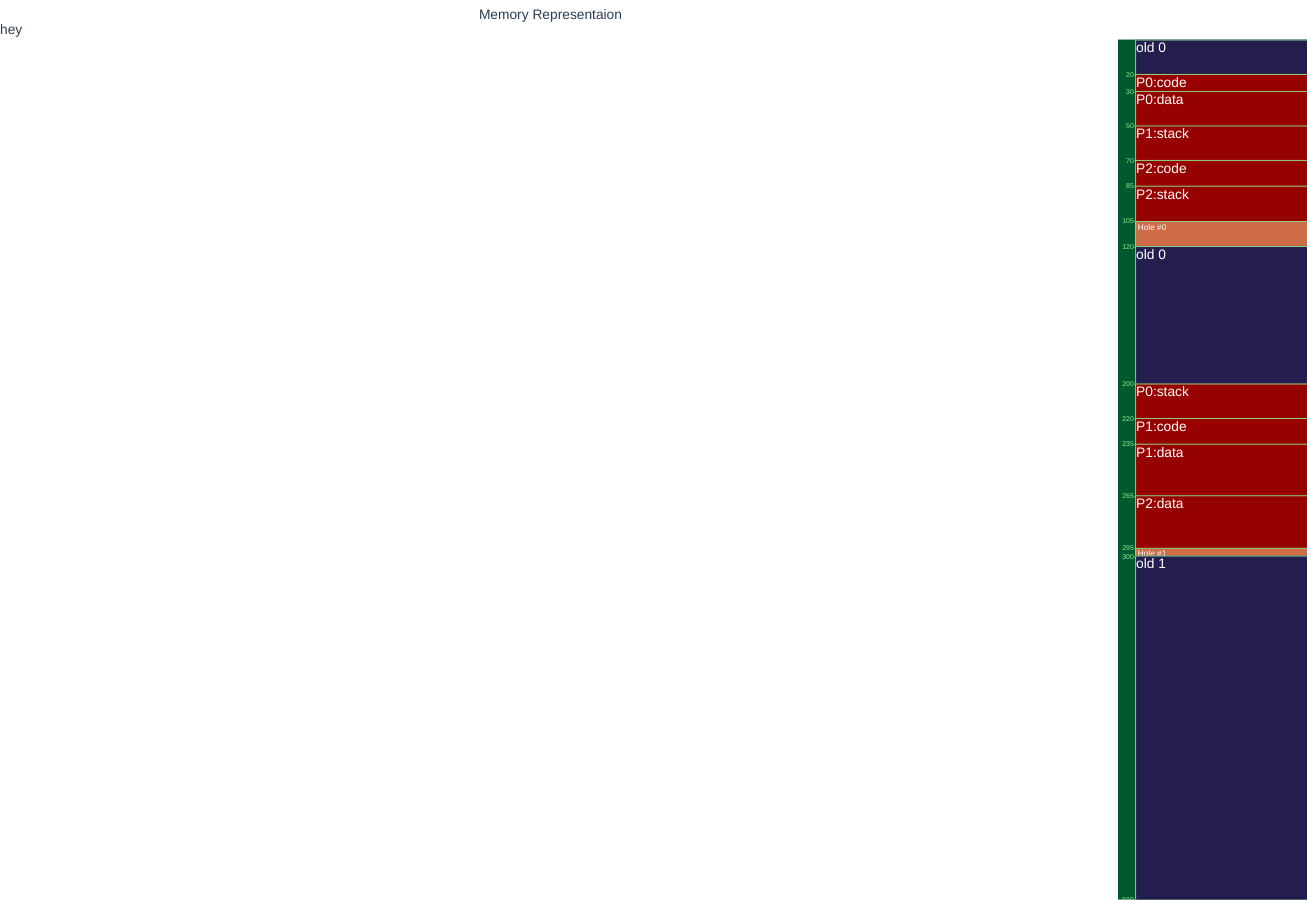
Repository: atout811/memory-allocation-project
Page: /#/final
These files come from the project's save history. The page is drawn as it stood at one moment and after the next save; the edit follows.
The browser window is 1280 px wide. The page is 1520 px wide, then 1328 px, so the pictures cover 1520 px, including what lies to the right of the window. The pictures show the whole page, at 86% of full size.
The project was rebuilt for these pictures with package versions that can differ from the ones it lists, and the page was loaded fresh each time. Also part of the build but not shown: src/views/MemoryAndHoles.vue, src/views/Process.vue, src/views/Methods.vue.

Above is the page before, as saved 2021-06-10 16:58:40.

### src/App.vue
<template>
  <router-view v-slot="{ Component }">
    <transition name="fade" mode="out-in">
      <component :is="Component" />
    </transition>
  </router-view>
</template>
<script>
import MemHole from "./views/MemoryAndHoles.vue";
export default {
  name: "App",
  components: { MemHole },
};
</script>
<style lang="scss">
#app {
  font-family: Avenir, Helvetica, Arial, sans-serif;
  -webkit-font-smoothing: antialiased;
  -moz-osx-font-smoothing: grayscale;
  text-align: center;
  color: #2c3e50;
  display: flex;
  flex-direction: column;
  align-items: center;
}
a {
  font-weight: bold;
  color: #42b983;

  &.router-link-exact-active {
    color: #42b983;
  }
}
.fade-enter-active,
.fade-leave-active {
  transition: opacity 0.5s ease;
}
.fade-enter-from, .fade-leave-to /* .fade-leave-active below version 2.1.8 */ {
  opacity: 0;
}
</style>

### src/router/index.js
import { createRouter, createWebHashHistory } from "vue-router";
import Process from "../views/Process";
import MemoryAndHoles from "../views/MemoryAndHoles";
import Methods from "../views/Methods";
import Final from "../views/Final";

const routes = [
  {
    path: "/",
    name: "Home",
    component: MemoryAndHoles,
  },
  {
    path: "/process",
    name: "Process",
    component: Process,
  },
  {
    path: "/methods",
    name: "Methods",
    component: Methods,
  },
  {
    path: "/final",
    name: "Final",
    component: Final,
  },
];

const router = createRouter({
  history: createWebHashHistory(),
  routes,
});

export default router;

### src/store/index.js
import { createStore } from "vuex";

export default createStore({
  state: {
    input: {
      memSize: 500,
      Holes: [
        { starting: 20, size: 100 },
        { starting: 200, size: 100 },
      ],
      Processes: [
        {
          name: "P0",
          segments: [
            { name: "code", size: 10 },
            { name: "stack", size: 20 },
            { name: "data", size: 20 },
          ],
        },
        {
          name: "P1",
          segments: [
            { name: "code", size: 15 },
            { name: "stack", size: 20 },
            { name: "data", size: 30 },
          ],
        },
        {
          name: "P2",
          segments: [
            { name: "code", size: 15 },
            { name: "stack", size: 20 },
            { name: "data", size: 30 },
          ],
        },
        {
          name: "P3",
          segments: [
            { name: "code", size: 15 },
            { name: "stack", size: 20 },
            { name: "data", size: 30 },
          ],
        },
      ],
      Method: "worse-fit",
    },
  },
  mutations: {},
  actions: {},
  modules: {},
});

### src/views/Final.vue
<template>
  <div class="width">
    Memory Representaion
    <div class="cont">
      <div class="content">hey</div>
      <div class="con">
        <Memory />
      </div>
    </div>
  </div>
</template>

<script>
import Memory from "./Memory";
export default {
  components: { Memory },
};
</script>

<style scoped>
.width {
  width: 100vw;
}
.cont {
  display: flex;
  justify-content: space-between;
}
</style>

### src/views/Memory.vue
<template>
  <div class="memory"></div>
</template>

<script>
export default {
  name: "Memory",

  data() {
    return {
      data: this.$store.state.input,
    };
  },
  mounted: function () {
    const memory = document.querySelector(".memory");
    const scale = 2;
    let data = { ...this.data };
    let holes = data.Holes.map((item) => [
      Number(item.starting),
      Number(item.size),
    ]);
    // let holes = [
    //   [140, 100],
    //   [40, 80],
    //   [260, 90],
    // ];

    let totalMemorySize = Number(data.memSize);
    function orderHoles() {
      holes = holes.sort((a, b) => a[0] - b[0]);
    }
    function renderMemory() {
      memory.style.height = `${totalMemorySize * scale}px`;
    }
    renderMemory();
    let obj = {};
    // let test = data.Processes.map((item) => [
    //   null,
    //   item.segments.forEach((el) => {
    //     return Object.assign({ [el.name]: [Number(el.size)] });
    //   }),
    //   item.name,
    // ]);
    let test = [];
    for (let index = 0; index < data.Processes.length; index++) {
      let item = data.Processes[index].segments;
      let temp = {};
      for (let j = 0; j < item.length; j++) {
        temp[item[j].name] = [Number(item[j].size)];
      }
      test[index] = [null, temp, data.Processes[index].name];
    }
    let processes = [...test];
    // processes = [
    //   [null, { code: [10], data: [30], stack: [16] }, "p1"],
    //   [null, { code: [15], data: [30], stack: [25] }, "p3"],
    //   [null, { code: [10], data: [40], stack: [18] }, "p2"],
    //   [null, { code: [12], data: [10], stack: [12] }, "p4"],
    // ]; //start,size,name
    console.log("prooooooooooocess: ", processes);
    let OldProcess = [];

    function generateOldProcess() {
      const firstHoleStart = holes[0][0];

      if (firstHoleStart > 0) OldProcess.push([0, firstHoleStart, `old ${0}`]);

      for (let h = 0; h < holes.length; h++) {
        const holeStart = holes[h][0];
        const HoleSize = holes[h][1];
        const HoleEnd = holeStart + HoleSize;

        if (h === holes.length - 1) {
          const lastHole = totalMemorySize - HoleEnd;
          if (HoleEnd < totalMemorySize)
            OldProcess.push([HoleEnd, lastHole, `old ${h}`]);
        } else {
          const nextStart = holes[h + 1][0];
          OldProcess.push([HoleEnd, nextStart - HoleEnd, `old ${h}`]);
        }
      }
    }
    // alert(holes[0][0])
    function renderHoles(type, holes) {
      // holes ==>
      for (let hole = 0; hole < holes.length; hole += 1) {
        const startingIndex = holes[hole][0];
        const size = holes[hole][1];

        // alert(hole)
        const holeBox = document.createElement("div");
        if (type === "old") {
          holeBox.innerText = holes[hole][2];
          holeBox.classList.add("oldProcess");
        } else if (type === "hole") {
          holeBox.innerText = "Hole #" + hole;
          holeBox.classList.add("hole");
        } else if (type === "process") {
          holeBox.innerText = holes[hole][2];
          holeBox.classList.add("process");
        }

        holeBox.style.top = `${startingIndex * scale}px`;
        holeBox.style.height = `${size * scale}px`;
        const endSize = document.createElement("span");
        const endSizeContainer = document.createElement("div");
        endSizeContainer.classList.add("endSizeContainer");
        endSizeContainer.appendChild(endSize);
        endSize.innerText = startingIndex + size;

        endSize.classList.add("holeEndIndex");
        if (startingIndex !== null) {
          holeBox.appendChild(endSizeContainer);
          memory.appendChild(holeBox);
        } else {
          // ERROR THE PROCESS CAN'T BE ALLOCATED
        }
      }
    }

    const totalProcessSize = (process) =>
      Object.values(process).reduce((prev, acc) => prev + acc);

    let method = data.Method;
    function allocate() {
      for (let p = 0; p < processes.length; p++) {
        // DON'T TOUCH MY SHIT 😡😡😡
        // firstFit(processes[p])
        if (method == "first-fit") {
          console.log("First");
          firstFit(processes[p]);
        } else if (method == "best-fit") {
          console.log("Best");
          bestFit(processes[p], true);
        } else if (method == "worse-fit") {
          console.log("Worse");
          bestFit(processes[p], false);
        }
      }
      console.log("PROCCESES", processes);
    }

    function getSmallestHole(tempHoles, segmentSize, isBest) {
      let smallestHole = isBest ? [0, 1000000] : [0, 0];

      tempHoles.forEach((hole, index) => {
        const [holeStart, holeSize] = hole;
        if (isBest) {
          if (holeSize > segmentSize && smallestHole[1] > holeSize) {
            smallestHole = hole;
            smallestHole[2] = index;
          } else if (
            smallestHole[2] === undefined &&
            index === tempHoles.length - 1
          ) {
            // couldn't find hole
            smallestHole[2] = -1;
          }
        } else {
          // worse fit (let largest hole)
          if (holeSize > segmentSize && smallestHole[1] < holeSize) {
            smallestHole = hole;
            smallestHole[2] = index;
          } else if (
            smallestHole[2] === undefined &&
            index === tempHoles.length - 1
          ) {
            // couldn't find hole
            smallestHole[2] = -1;
          }
        }
      });
      return smallestHole;
    }

    function bestFit(p, isBest) {
      // Allocate in the smallest hole
      const segments = p[1];
      let isAllProcessAllocated = true;
      let tempHoles = JSON.parse(JSON.stringify(holes));
      Object.entries(segments).forEach(
        // for each segment
        ([name, value]) => {
          const segmentSize = value[0];
          let smallest = getSmallestHole(tempHoles, segmentSize, isBest);
          const [holeStart, holeEnd, holeIndex] = smallest;
          if (holeIndex == -1) {
            console.log("PROCESS CAN NOt BE ALLOCATED", p);
            isAllProcessAllocated = false;
            p[0] = true;
          }

          value[1] = smallest[0];
          const segEnd = segmentSize + holeStart;

          if (holeIndex !== -1) {
            tempHoles[holeIndex][0] = segEnd;
            const oldHoleSize = tempHoles[holeIndex][1];
            tempHoles[holeIndex][1] = oldHoleSize - segmentSize;
          } else {
            console.log("BUBUBUB", holeIndex);
          }

          //    console.log("value",value)
          //    console.log("smallestHole",smallest)
          console.log("_________________");
        }
      );
      if (isAllProcessAllocated) holes = tempHoles;
    }

    function firstFit(p) {
      // forEach segment loop over the holes
      // create a temp allocation array
      // that array
      // const size =totalProcessSize
      const segments = p[1];
      let isAllProcessAllocated = true;
      let tempHoles = JSON.parse(JSON.stringify(holes));

      Object.entries(segments).forEach(([name, value]) => {
        tempHoles.every((hole, index) => {
          const [holeStart, holeSize] = hole;
          let [size, segmentStartingIndex] = value;
          if (size <= holeSize) {
            value[1] = tempHoles[index][0];
            const segEnd = size + holeStart;
            tempHoles[index][0] = segEnd;
            tempHoles[index][1] = tempHoles[index][1] - size;
            return false;
          } else {
            if (index === tempHoles.length - 1) {
              //😞 مش لاقي مكان
              isAllProcessAllocated = false;
              console.log("CATCH", p);
              p[0] = true;
            }
            return true;
          }
        });
      });
      if (isAllProcessAllocated) {
        holes = tempHoles;
      }
    }

    function renderProcess() {
      processes.forEach((p) => {
        // loop over segments:
        if (!p[0]) {
          Object.keys(p[1]).forEach((s) => {
            // console.log("SEGMEMT",[p[1][s][1],[p[1][s]][0]])
            renderHoles("process", [[p[1][s][1], p[1][s][0], `${p[2]}:${s}`]]);
          });
        }
        // }else{
        // PROCESS CAN NOT BE ALLOCATED (NO ENGOUGH SPACE!)
        // }
      });
    }

    function concateHoles() {
      holes.forEach((h, index) => {
        const [start, size] = h;
        if (index < holes.length - 1) {
          const end = start + size;
          const [nextStart, nextSize] = holes[index + 1];
          if (end >= nextStart) {
            holes[index][1] = nextStart + nextSize - start;
            holes = [...holes.slice(0, index + 1), ...holes.slice(index + 2)];
            concateHoles();
          }
        }
      });
    }

    function deleteProcess(processName, isOld) {
      // create a hole
      let start, ProcessSize, AfterDelete, segments;
      if (isOld) {
        // deleteProcess()
        const processIndex = OldProcess.findIndex((p) => p[2] === processName);
        AfterDelete = [
          ...OldProcess.slice(0, processIndex),
          ...OldProcess.slice(processIndex + 1),
        ];
        // [start,segments,name] =processes[processIndex]
        start = OldProcess[processIndex][0];
        ProcessSize = OldProcess[processIndex][1];

        OldProcess = AfterDelete;
        holes.push([start, ProcessSize]);
      } else {
        const processIndex = processes.findIndex((p) => p[2] === processName);
        console.log("INDDDEX", processIndex);
        AfterDelete = [
          ...processes.slice(0, processIndex),
          ...processes.slice(processIndex + 1),
        ];
        //  recover Holes
        const [starter, segments] = processes[processIndex];
        Object.values(segments).forEach(([size, starting]) => {
          console.log(size, starting);
          holes.push([starting, size]);
        });
        processes = AfterDelete;
      }

      orderHoles();
      concateHoles();
      // [null,{code:10,data:30,stack:16},"p1"]
      render();
    }
    orderHoles();
    concateHoles();
    generateOldProcess();
    // deleteProcess("old 0",true)
    // deleteProcess("old 2",true)
    allocate();

    function clear() {
      while (memory.firstChild) {
        memory.removeChild(memory.lastChild);
      }
    }

    function render() {
      clear();
      renderHoles("hole", holes);
      renderHoles("old", OldProcess);
      renderProcess();
    }
    render();
    // deleteProcess("p2",false)
    // deleteProcess("p1",false)
    // deleteProcess("p4",false)
  },
};
</script>

<style scoped >
/* .memory >>> body {
  display: flex;
  flex-direction: column;
  justify-content: right;
  height: 100vh;

  margin: 0;
  font-family: "Courier New", Courier, monospace;
} */

.memory >>> h1 {
  color: blueviolet;
}
.memory {
  background-color: #005a2d;
  /* padding: 20px; */
  /* border-radius: 5px; */
  display: flex;
  flex-direction: column;
  width: 200px;
  align-self: flex-end;
  height: 1150px;
  /* top: 5%; */
  position: absolute;
  padding-left: 20px;
  overflow: hidden;
  margin: 20px;
}
.memory >>> .hole {
  background-color: #ce6c47;
  /* border: 0.7px solid #0f0; */
  border: 1px solid lightgreen;
  margin-top: 1px;
  /* height: 100px; */
  display: flex;
  /* align-self: center; */
  width: 100%;
  color: white;

  /* align-items: center; */
  /* justify-content: center; */
  position: absolute;
}
.memory >>> .oldProcess {
  background-color: #241e4e;
  /* border: 0.7px solid darkred; */
  color: white;
  display: flex;
  border: 1px solid lightgreen;
  width: 100%;
  position: absolute;
}
.memory >>> .process {
  background-color: #960200;
  /* border-bottom: 0.7px solid #eae7af; */
  /* border-top: 0.7px solid lightgreen; */
  display: flex;
  width: 100%;
  position: absolute;
  color: white;
  border: 1px solid lightgreen;
}

.memory >>> .hole,
.oldProcess,
.process {
  font-size: 0.6rem;
  text-transform: capitalize;
  padding-left: 2px;
  color: #fff;
  border-top: 0.2px solid lightgreen;
}

.memory >>> .endSizeContainer {
  /* background-color: red !important; */
  width: 20px;
  z-index: 1000;
  color: lightgreen !important;
  color: #ccc;
  font-size: 0.5rem;

  position: absolute;
  top: calc(100% - 5.4px);
  text-align: right;
  display: block;
  left: -20px;
}
.memory >>> .holeEndIndex::after {
  content: "-";
}
</style>

Loaded but not shown: public/index.html (common file); src/main.js (common file)

After the next save:
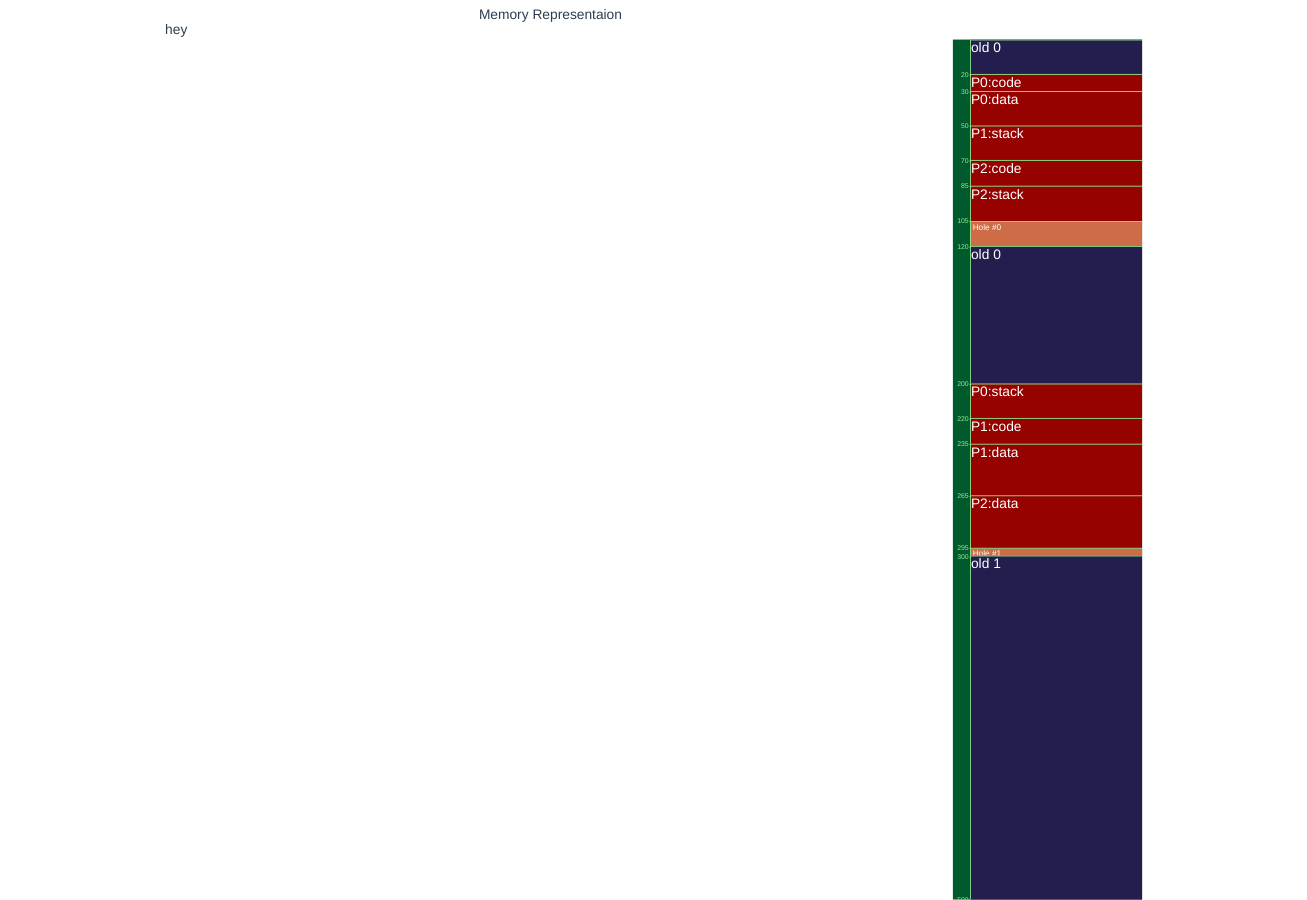
Saved 5 s later.
--- a/src/views/Final.vue
+++ b/src/views/Final.vue
@@ -19,7 +19,7 @@ export default {
 
 <style scoped>
 .width {
-  width: 100vw;
+  width: 70vw;
 }
 .cont {
   display: flex;
